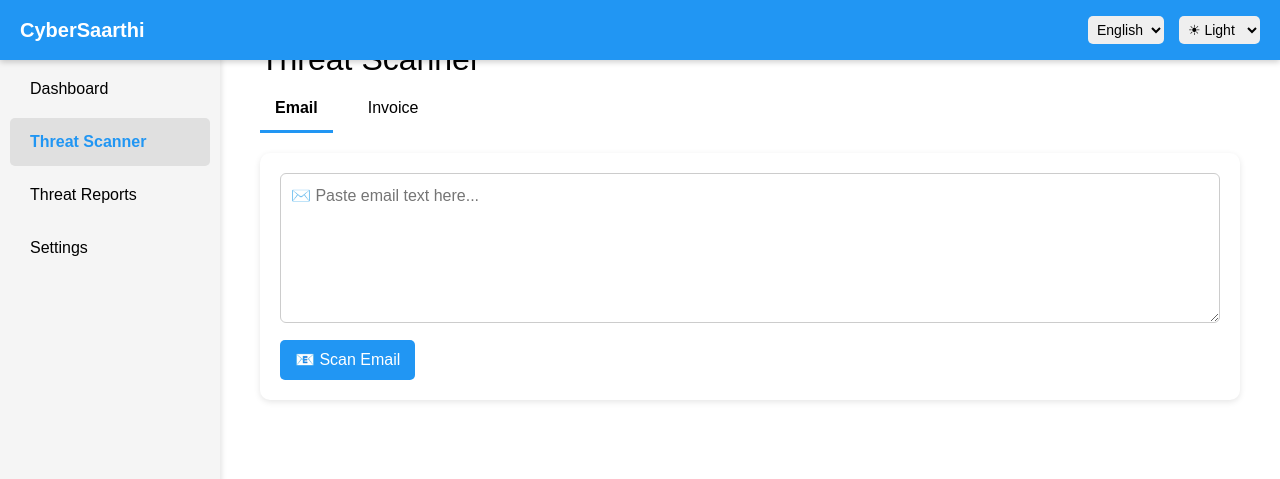
Repository: riyaaaa19/CyberSaarthi
Page: /scanner (app in frontend/)
These files come from the project's save history. The page is drawn as it stood at one moment and after the next save; the edit follows.
The browser window is 1280 px wide. The pictures show the whole page.
The project was rebuilt for these pictures with package versions that can differ from the ones it lists, and the page was loaded fresh each time. Also part of the build but not shown: frontend/vite.config.ts, frontend/src/services/api.js, frontend/src/pages/Dashboard.js, frontend/src/pages/Reports.js, frontend/src/pages/Settings.js.

Above is the page before, as saved 2025-08-21 17:10:04.

### frontend/src/index.js
import React from "react";
import ReactDOM from "react-dom/client";
import App from "./App";
import "bootstrap/dist/css/bootstrap.min.css";
import "./styles/style.css";

const root = ReactDOM.createRoot(document.getElementById("root"));
root.render(<App />);

### frontend/src/App.js
import React from "react";
import { BrowserRouter as Router, Routes, Route, Navigate } from "react-router-dom";
import Navbar from "./components/Navbar";
import Sidebar from "./components/Sidebar";
import Dashboard from "./pages/Dashboard";
import Scanner from "./pages/Scanner";
import Reports from "./pages/Reports";
import Settings from "./pages/Settings";
import { ThemeLangProvider } from "./ThemeLangContext";  // ✅ Import provider

function App() {
  const layoutStyle = { display: "flex" };
  const contentStyle = { marginLeft: "220px", flex: 1, padding: "20px" };

  return (
    <ThemeLangProvider>
      <Router>
        <Navbar />
        <div style={layoutStyle}>
          <Sidebar />
          <div style={contentStyle}>
            <Routes>
              <Route path="/" element={<Navigate to="/dashboard" />} />
              <Route path="/dashboard" element={<Dashboard />} />
              <Route path="/scanner" element={<Scanner />} />
              <Route path="/reports" element={<Reports />} />
              <Route path="/settings" element={<Settings />} />
            </Routes>
          </div>
        </div>
      </Router>
    </ThemeLangProvider>
  );
}

export default App;

### frontend/src/styles/style.css
body {
  font-family: 'Poppins', sans-serif;
  background: #f8f9fa;
}
.sidebar {
  width: 250px;
  background: #fff;
  min-height: 100vh;
}
.nav-link.active {
  background-color: #0d6efd !important;
  color: #fff !important;
}

### frontend/src/components/Navbar.js
import React, { useContext } from "react";
import { ThemeLangContext } from "../ThemeLangContext";
import { useT } from "../i18n";   // ✅ use useT hook

function Navbar() {
  const { theme, setTheme, lang, setLang } = useContext(ThemeLangContext);
  const t = useT();   // ✅ call hook to get translation function

  const navbarStyle = {
    position: "fixed",
    top: 0,
    left: 0,
    width: "100%",
    height: "60px",
    background: theme === "dark" ? "#121212" : "#2196f3",
    color: "#fff",
    display: "flex",
    alignItems: "center",
    justifyContent: "space-between",
    padding: "0 20px",
    boxShadow: "0 2px 6px rgba(0,0,0,0.2)",
    zIndex: 1000
  };

  const titleStyle = {
    fontSize: "20px",
    fontWeight: "bold"
  };

  const controlsStyle = {
    display: "flex",
    alignItems: "center",
    gap: "15px"
  };

  const selectStyle = {
    padding: "5px",
    borderRadius: "5px",
    border: "none",
    fontSize: "14px",
    cursor: "pointer"
  };

  return (
    <div style={navbarStyle}>
      {/* App Title */}
      <div style={titleStyle}>{t("app.title")}</div>

      {/* Controls */}
      <div style={controlsStyle}>
        {/* Language Selector */}
        <select
          value={lang}
          onChange={(e) => setLang(e.target.value)}
          style={selectStyle}
        >
          <option value="en">English</option>
          <option value="hi">हिन्दी</option>
        </select>

        {/* Theme Selector */}
        <select
          value={theme}
          onChange={(e) => setTheme(e.target.value)}
          style={selectStyle}
        >
          <option value="light">☀ Light</option>
          <option value="dark">🌙 Dark</option>
        </select>
      </div>
    </div>
  );
}

export default Navbar;

### frontend/src/components/Sidebar.js
import React, { useContext } from "react";
import { Link, useLocation } from "react-router-dom";
import { ThemeLangContext } from "../ThemeLangContext";
import { useT } from "../i18n";   // ✅ use hook

function Sidebar() {
  const { theme } = useContext(ThemeLangContext);
  const location = useLocation();
  const t = useT();   // ✅ call hook

  const sidebarStyle = {
    width: "220px",
    height: "100vh",
    position: "fixed",
    left: 0,
    top: 0,
    background: theme === "dark" ? "#1e1e1e" : "#f5f5f5",
    color: theme === "dark" ? "#fff" : "#000",
    paddingTop: "60px",
    boxShadow: "2px 0 5px rgba(0,0,0,0.1)"
  };

  const linkStyle = (path) => ({
    display: "block",
    padding: "12px 20px",
    color:
      location.pathname === path
        ? "#2196f3"
        : theme === "dark"
        ? "#ddd"
        : "#000",
    textDecoration: "none",
    fontWeight: location.pathname === path ? "bold" : "normal",
    background:
      location.pathname === path
        ? theme === "dark"
          ? "#333"
          : "#e0e0e0"
        : "transparent",
    borderRadius: "5px",
    margin: "5px 10px"
  });

  return (
    <div style={sidebarStyle}>
      <Link to="/dashboard" style={linkStyle("/dashboard")}>
        {t("dashboard.title")}
      </Link>
      <Link to="/scanner" style={linkStyle("/scanner")}>
        {t("scanner.title")}
      </Link>
      <Link to="/reports" style={linkStyle("/reports")}>
        {t("reports.title")}
      </Link>
      <Link to="/settings" style={linkStyle("/settings")}>
        {t("settings.title")}
      </Link>
    </div>
  );
}

export default Sidebar;

### frontend/src/pages/Scanner.js
import React, { useState, useContext } from "react";
import { useT } from "../i18n";
import { ThemeLangContext } from "../ThemeLangContext";

function Scanner() {
  const t = useT();
  const { theme } = useContext(ThemeLangContext);

  const [activeTab, setActiveTab] = useState("email");
  const [input, setInput] = useState("");
  const [result, setResult] = useState("");

  // styles
  const boxStyle = {
    padding: "20px",
    borderRadius: "10px",
    marginTop: "20px",
    background: theme === "dark" ? "#1e1e1e" : "#fff",
    color: theme === "dark" ? "#f5f5f5" : "#000",
    boxShadow: "0 2px 6px rgba(0,0,0,0.1)",
  };

  const tabStyle = (tab) => ({
    padding: "10px 15px",
    cursor: "pointer",
    borderBottom:
      activeTab === tab
        ? `3px solid ${theme === "dark" ? "#90caf9" : "#2196f3"}`
        : "3px solid transparent",
    fontWeight: activeTab === tab ? "bold" : "normal",
    color: theme === "dark" ? "#f5f5f5" : "#000",
  });

  const buttonStyle = {
    marginTop: "10px",
    padding: "8px 15px",
    background: theme === "dark" ? "#90caf9" : "#2196f3",
    color: theme === "dark" ? "#000" : "white",
    border: "none",
    borderRadius: "5px",
    cursor: "pointer",
  };

  // 🔔 Browser notification function
  function showNotification(title, body) {
    if (Notification.permission === "granted") {
      new Notification(title, { body });
    } else if (Notification.permission !== "denied") {
      Notification.requestPermission().then((permission) => {
        if (permission === "granted") {
          new Notification(title, { body });
        }
      });
    }
  }

  const handleScan = async () => {
    setResult("⏳ Scanning...");

    const endpoint =
      activeTab === "email"
        ? "http://localhost:8000/v1/scan/email"
        : "http://localhost:8000/v1/scan/invoice";

    try {
      const res = await fetch(endpoint, {
        method: "POST",
        headers: {
          "Content-Type": "application/json",
          "x-api-key": localStorage.getItem("API_KEY") || "changeme-demo-key",
        },
        body: JSON.stringify({ text: input }),
      });

      const data = await res.json();
      const verdict = (data.verdict || "SAFE").toLowerCase(); // normalize verdict
      const msg = t(`${activeTab}.${verdict}`);

      setResult(msg);
      showNotification("Scan Result", msg);
    } catch (err) {
      setResult("⚠️ Error scanning. Check backend.");
      showNotification("Scan Error", "Could not reach backend.");
    }
  };

  return (
    <div style={{ padding: "20px" }}>
      <h2>{t("scanner.title")}</h2>

      {/* Tabs */}
      <div style={{ display: "flex", gap: "20px", marginBottom: "20px" }}>
        <div style={tabStyle("email")} onClick={() => setActiveTab("email")}>
          {t("scanner.emailTab")}
        </div>
        <div style={tabStyle("invoice")} onClick={() => setActiveTab("invoice")}>
          {t("scanner.invoiceTab")}
        </div>
      </div>

      {/* Input box */}
      <div style={boxStyle}>
        <textarea
          placeholder={
            activeTab === "email"
              ? "✉️ Paste email text here..."
              : t("invoice.paste")
          }
          value={input}
          onChange={(e) => setInput(e.target.value)}
          style={{
            width: "100%",
            height: "150px",
            padding: "10px",
            borderRadius: "6px",
            border: "1px solid #ccc",
            background: theme === "dark" ? "#2c2c2c" : "#fff",
            color: theme === "dark" ? "#f5f5f5" : "#000",
          }}
        />
        <br />
        <button onClick={handleScan} style={buttonStyle}>
          {activeTab === "email" ? "📧 Scan Email" : t("invoice.scanText")}
        </button>
      </div>

      {/* Result */}
      {result && (
        <div
          style={{
            marginTop: "20px",
            fontWeight: "bold",
            color: theme === "dark" ? "#90caf9" : "#444",
          }}
        >
          {result}
        </div>
      )}
    </div>
  );
}

export default Scanner;

### frontend/src/ThemeLangContext.js
import React, { createContext, useState, useEffect } from "react";

export const ThemeLangContext = createContext();

export const ThemeLangProvider = ({ children }) => {
  const [theme, setTheme] = useState(localStorage.getItem("THEME") || "light");
  const [lang, setLang] = useState(localStorage.getItem("LANG") || "en");

  // Apply theme globally
  useEffect(() => {
    localStorage.setItem("THEME", theme);
    document.body.style.background = theme === "dark" ? "#121212" : "#fff";
    document.body.style.color = theme === "dark" ? "#f5f5f5" : "#000";
  }, [theme]);

  // Persist lang
  useEffect(() => {
    localStorage.setItem("LANG", lang);
  }, [lang]);

  return (
    <ThemeLangContext.Provider value={{ theme, setTheme, lang, setLang }}>
      {children}
    </ThemeLangContext.Provider>
  );
};

### frontend/src/i18n.js
import { useContext } from "react";
import { ThemeLangContext } from "./ThemeLangContext";

const MESSAGES = {
  en: {
    "app.title": "CyberSaarthi",

    // Email Scanner
    "email.safe": "Email appears safe.",
    "email.susp": "Suspicious indicators found (possible phishing).",
    "email.mal": "High-risk indicators found (likely phishing).",

    // Invoice Scanner
    "invoice.safe": "Invoice looks consistent.",
    "invoice.susp": "Suspicious invoice indicators found.",
    "invoice.mal": "Likely fraudulent invoice detected.",
    "invoice.upload": "Upload invoice file (PDF/image)",
    "invoice.paste": "Or paste invoice text",
    "invoice.scanText": "Scan Text",

    // Dashboard
    "dashboard.title": "Dashboard",
    "dashboard.total": "Total Scans",
    "dashboard.susp": "Suspicious",
    "dashboard.mal": "Malicious",

    // Reports
    "reports.title": "Threat Reports",

    // Scanner
    "scanner.title": "Threat Scanner",
    "scanner.emailTab": "Email",
    "scanner.invoiceTab": "Invoice",

    // Settings
    "settings.title": "Settings",
    "settings.apiBase": "API Base URL",
    "settings.apiKey": "API Key (x-api-key header)",
    "settings.lang": "Language",
    "settings.theme": "Theme",
    "settings.light": "Light",
    "settings.dark": "Dark",
    "settings.notifications": "Enable Notifications",
    "settings.save": "Save",
    "settings.saved": "Settings saved successfully!"
  },

  hi: {
    "app.title": "साइबर सारथी",

    // Email Scanner
    "email.safe": "ईमेल सुरक्षित प्रतीत होता है।",
    "email.susp": "संदिग्ध संकेत मिले (संभावित फ़िशिंग)।",
    "email.mal": "उच्च जोखिम संकेत (संभावित फ़िशिंग)।",

    // Invoice Scanner
    "invoice.safe": "इनवॉइस सही लगता है।",
    "invoice.susp": "इनवॉइस में संदिग्ध संकेत मिले।",
    "invoice.mal": "संभावित धोखाधड़ी वाला इनवॉइस।",
    "invoice.upload": "इनवॉइस फ़ाइल अपलोड करें (PDF/इमेज)",
    "invoice.paste": "या इनवॉइस टेक्स्ट पेस्ट करें",
    "invoice.scanText": "टेक्स्ट स्कैन करें",

    // Dashboard
    "dashboard.title": "डैशबोर्ड",
    "dashboard.total": "कुल स्कैन",
    "dashboard.susp": "संदिग्ध",
    "dashboard.mal": "हानिकारक",

    // Reports
    "reports.title": "खतरा रिपोर्ट",

    // Scanner
    "scanner.title": "खतरा स्कैनर",
    "scanner.emailTab": "ईमेल",
    "scanner.invoiceTab": "इनवॉइस",

    // Settings
    "settings.title": "सेटिंग्स",
    "settings.apiBase": "API बेस URL",
    "settings.apiKey": "API कुंजी (x-api-key हेडर)",
    "settings.lang": "भाषा",
    "settings.theme": "थीम",
    "settings.light": "हल्की",
    "settings.dark": "गहरी",
    "settings.notifications": "सूचनाएं सक्षम करें",
    "settings.save": "सहेजें",
    "settings.saved": "सेटिंग्स सफलतापूर्वक सहेजी गईं!"
  }
};

// ✅ Hook version of translator
export function useT() {
  const { lang } = useContext(ThemeLangContext);
  return (key) => MESSAGES[lang]?.[key] || key;
}

Loaded but not shown: frontend/public/index.html (common file)

After the next save:
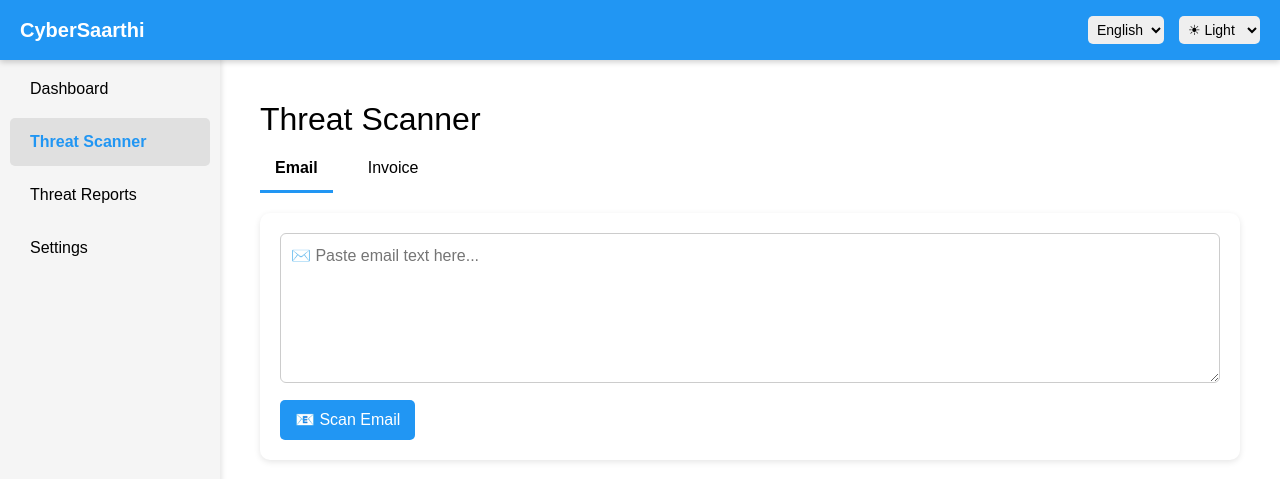
Saved 105 s later.
--- a/frontend/src/App.js
+++ b/frontend/src/App.js
@@ -10,7 +10,12 @@ import { ThemeLangProvider } from "./ThemeLangContext";  // ✅ Import provider
 
 function App() {
   const layoutStyle = { display: "flex" };
-  const contentStyle = { marginLeft: "220px", flex: 1, padding: "20px" };
+  const contentStyle = {
+    marginLeft: "220px",
+    flex: 1,
+    padding: "20px",
+    marginTop: "60px"   // ✅ push down content so it doesn’t overlap navbar
+  };
 
   return (
     <ThemeLangProvider>
